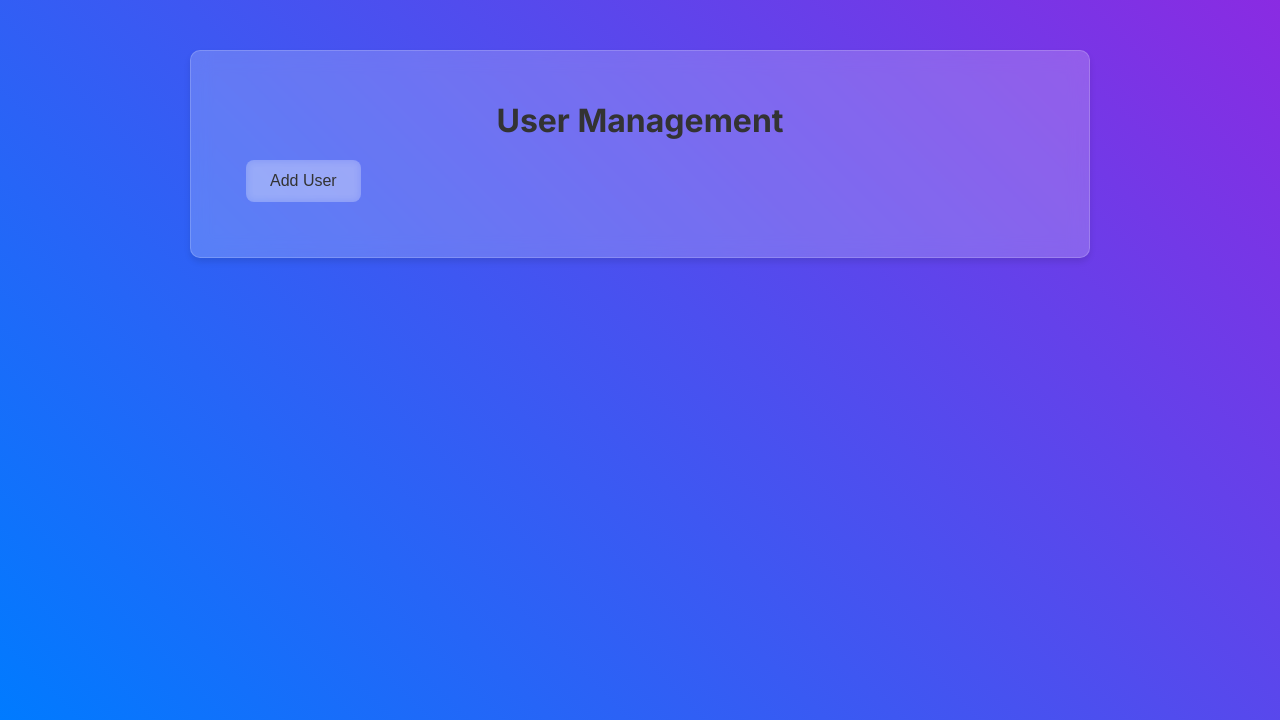
Repository: EeeeeEyyyy/crud-proj
Page: /
The author's editor kept a copy of each file at every save. The page is drawn from the files as they stood at one save, then again after the next save.
The browser window is 1280 px wide. The pictures show the whole page.
The page's requests for data from a server got no answer. The project was rebuilt for these pictures with package versions that can differ from the ones it lists, and the page was loaded fresh each time. The framework's server and built-in components were replaced by stand-ins that run in the browser. No one was signed in, and anything a server would have sent is missing. Also part of the build but not shown: next.config.mjs.

Above is the page before, as saved 2024-06-25 08:21:01.

### src/app/page.js
"use client";

import React, { useEffect, useState } from "react";
import axios from "axios";

const Page = () => {
  const [users, setUsers] = useState([]);
  const [isCreateModalOpen, setCreateModalOpen] = useState(false);
  const [isUpdateModalOpen, setUpdateModalOpen] = useState(false);
  const [isDeleteModalOpen, setDeleteModalOpen] = useState(false);
  const [selectedUser, setSelectedUser] = useState(null);
  const [newUser, setNewUser] = useState({ name: "", email: "" });

  useEffect(() => {
    fetchUsers();
  }, []);

  const fetchUsers = async () => {
    try {
      const response = await axios.get(
        "https://jsonplaceholder.typicode.com/users"
      );
      setUsers(response.data);
    } catch (error) {
      console.error("Error fetching users:", error);
    }
  };

  const addUser = async () => {
    try {
      const response = await axios.post(
        "https://jsonplaceholder.typicode.com/users",
        newUser
      );
      setUsers([...users, response.data]);
      setCreateModalOpen(false);
    } catch (error) {
      console.error("Error adding user:", error);
    }
  };

  const updateUser = async (id) => {
    try {
      const response = await axios.put(
        `https://jsonplaceholder.typicode.com/users/${id}`,
        selectedUser
      );
      setUsers(users.map((user) => (user.id === id ? response.data : user)));
      setUpdateModalOpen(false);
    } catch (error) {
      console.error("Error updating user:", error);
    }
  };

  const deleteUser = async (id) => {
    try {
      await axios.delete(`https://jsonplaceholder.typicode.com/users/${id}`);
      setUsers(users.filter((user) => user.id !== id));
      setDeleteModalOpen(false);
    } catch (error) {
      console.error("Error deleting user:", error);
    }
  };

  const openCreateModal = () => {
    setNewUser({ name: "", email: "" });
    setCreateModalOpen(true);
  };

  const closeCreateModal = () => {
    setCreateModalOpen(false);
  };

  const openUpdateModal = (user) => {
    setSelectedUser(user);
    setUpdateModalOpen(true);
  };

  const closeUpdateModal = () => {
    setSelectedUser(null);
    setUpdateModalOpen(false);
  };

  const openDeleteModal = (user) => {
    setSelectedUser(user);
    setDeleteModalOpen(true);
  };

  const closeDeleteModal = () => {
    setSelectedUser(null);
    setDeleteModalOpen(false);
  };

  const handleGoToHome = () => {
    router.push("/");
  };

  return (
    <div className="container">
      <h1>User Management</h1>
      <button onClick={openCreateModal} className="glassButton">
        Add User
      </button>
      <ul>
        {users.map((user) => (
          <li key={user.id}>
            {user.name} - {user.email}
            <div>
              {" "}
              <button
                onClick={() => openUpdateModal(user)}
                className="glassButton"
                style={{
                  display: "inline-flex",
                  alignItems: "center",
                  justifyContent: "center",
                }}
              >
                Update
              </button>
              <button
                onClick={() => openDeleteModal(user)}
                className="glassButton"
              >
                Delete
              </button>
            </div>
          </li>
        ))}
      </ul>
      {isCreateModalOpen && (
        <div className="modalOverlay">
          <div className="modal">
            <h2>Add User</h2>
            <input
              type="text"
              placeholder="Name"
              value={newUser.name}
              onChange={(e) => setNewUser({ ...newUser, name: e.target.value })}
            />
            <input
              type="email"
              placeholder="Email"
              value={newUser.email}
              onChange={(e) =>
                setNewUser({ ...newUser, email: e.target.value })
              }
            />
            <button onClick={addUser} className="glassButton">
              Add
            </button>
            <button onClick={closeCreateModal} className="closeButton">
              Close
            </button>
          </div>
        </div>
      )}
      {isUpdateModalOpen && selectedUser && (
        <div className="modalOverlay">
          <div className="modal">
            <h2>Update User</h2>
            <input
              type="text"
              placeholder="Name"
              value={selectedUser.name}
              onChange={(e) =>
                setSelectedUser({ ...selectedUser, name: e.target.value })
              }
            />
            <input
              type="email"
              placeholder="Email"
              value={selectedUser.email}
              onChange={(e) =>
                setSelectedUser({ ...selectedUser, email: e.target.value })
              }
            />
            <button
              onClick={() => updateUser(selectedUser.id)}
              className="glassButton"
            >
              Update
            </button>
            <button onClick={closeUpdateModal} className="closeButton">
              Close
            </button>
          </div>
        </div>
      )}
      {isDeleteModalOpen && selectedUser && (
        <div className="modalOverlay">
          <div className="modal">
            <h2>Are you sure you want to delete {selectedUser.name}?</h2>
            <button
              onClick={() => deleteUser(selectedUser.id)}
              className="glassButton"
            >
              Yes
            </button>
            <button onClick={closeDeleteModal} className="closeButton">
              No
            </button>
          </div>
        </div>
      )}
    </div>
  );
};
export default Page;

### src/app/globals.css
* {
  box-sizing: border-box;
  padding: 0;
  margin: 0;
}
html,
body {
  max-width: 100vw;
  overflow-x: hidden;
  background: linear-gradient(
    45deg,
    rgb(0, 123, 255),
    rgb(138, 43, 226)
  ); /* Blue to Violet */
  height: 100%;
  margin: 0;
  padding: 0;
  font-family: Arial, sans-serif;
}
a {
  color: inherit;
  text-decoration: none;
}
.main {
  display: flex;
  flex-direction: column;
  justify-content: space-between;
  align-items: center;
  padding: 6rem;
  min-height: 100vh;
}
.description {
  display: inherit;
  justify-content: inherit;
  align-items: inherit;
  font-size: 0.85rem;
  max-width: var(--max-width);
  width: 100%;
  z-index: 2;
  font-family: var(--font-mono);
}
.description a {
  display: flex;
  justify-content: center;
  align-items: center;
  gap: 0.5rem;
}
.description p {
  position: relative;
  margin: 0;
  padding: 1rem;
  background-color: rgba(var(--callout-rgb), 0.5);
  border: 1px solid rgba(var(--callout-border-rgb), 0.3);
  border-radius: var(--border-radius);
}
.code {
  font-weight: 700;
  font-family: var(--font-mono);
}
.grid {
  display: grid;
  grid-template-columns: repeat(4, minmax(25%, auto));
  max-width: 100%;
  width: var(--max-width);
}
.card {
  padding: 1rem 1.2rem;
  border-radius: var(--border-radius);
  background: rgba(var(--card-rgb), 0);
  border: 1px solid rgba(var(--card-border-rgb), 0);
  transition: background 200ms, border 200ms;
}
.card span {
  display: inline-block;
  transition: transform 200ms;
}

.card h2 {
  font-weight: 600;
  margin-bottom: 0.7rem;
}
.card p {
  margin: 0;
  opacity: 0.6;
  font-size: 0.9rem;
  line-height: 1.5;
  max-width: 30ch;
  text-wrap: balance;
}
.center {
  display: flex;
  justify-content: center;
  align-items: center;
  position: relative;
  padding: 4rem 0;
}
.center::before {
  background: var(--secondary-glow);
  border-radius: 50%;
  width: 480px;
  height: 360px;
  margin-left: -400px;
}
.center::after {
  background: var(--primary-glow);
  width: 240px;
  height: 180px;
  z-index: -1;
}
.center::before,
.center::after {
  content: "";
  left: 50%;
  position: absolute;
  filter: blur(45px);
  transform: translateZ(0);
}
.logo {
  position: relative;
}
/* Enable hover only on non-touch devices */
@media (hover: hover) and (pointer: fine) {
  .card:hover {
    background: rgba(var(--card-rgb), 0.1);
    border: 1px solid rgba(var(--card-border-rgb), 0.15);
  }
  .card:hover span {
    transform: translateX(4px);
  }
}
@media (prefers-reduced-motion) {
  .card:hover span {
    transform: none;
  }
}
/* Mobile */
@media (max-width: 700px) {
  .content {
    padding: 4rem;
  }
  .grid {
    grid-template-columns: 1fr;
    margin-bottom: 120px;
    max-width: 320px;
    text-align: center;
  }
  .card {
    padding: 1rem 2.5rem;
  }

  .card h2 {
    margin-bottom: 0.5rem;
  }

  .center {
    padding: 8rem 0 6rem;
  }

  .center::before {
    transform: none;
    height: 300px;
  }

  .description {
    font-size: 0.8rem;
  }

  .description a {
    padding: 1rem;
  }

  .description p,
  .description div {
    display: flex;
    justify-content: center;
    position: fixed;
    width: 100%;
  }

  .description p {
    align-items: center;
    inset: 0 0 auto;
    padding: 2rem 1rem 1.4rem;
    border-radius: 0;
    border: none;
    border-bottom: 1px solid rgba(var(--callout-border-rgb), 0.25);
    background: linear-gradient(
      to bottom,
      rgba(var(--background-start-rgb), 1),
      rgba(var(--callout-rgb), 0.5)
    );
    background-clip: padding-box;
    backdrop-filter: blur(24px);
  }

  .description div {
    align-items: flex-end;
    pointer-events: none;
    inset: auto 0 0;
    padding: 2rem;
    height: 200px;
    background: linear-gradient(
      to bottom,
      transparent 0%,
      rgb(var(--background-end-rgb)) 40%
    );
    z-index: 1;
  }
}

/* Tablet and Smaller Desktop */
@media (min-width: 701px) and (max-width: 1120px) {
  .grid {
    grid-template-columns: repeat(2, 50%);
  }
}

@media (prefers-color-scheme: dark) {
  .vercelLogo {
    filter: invert(1);
  }

  .logo {
    filter: invert(1) drop-shadow(0 0 0.3rem #ffffff70);
  }
}

@keyframes rotate {
  from {
    transform: rotate(360deg);
  }
  to {
    transform: rotate(0deg);
  }
}
.container {
  max-width: 1000px;
  margin: 50px auto;
  padding: 20px;
  background: rgba(0, 123, 255, 0.2);
  border: 1px solid rgba(0, 123, 255, 0.18);
  border-radius: 10px;
  backdrop-filter: blur(10px);
  box-shadow: 0 4px 6px rgba(0, 0, 0, 0.1);
  text-align: center;
}

h1 {
  font-size: 2em;
  margin-bottom: 20px;
  color: #333;
}

/* Glass Button Styles */
.glassButton {
  background: rgba(255, 255, 255, 0.2);
  border: none;
  padding: 12px 24px;
  font-size: 16px;
  color: #7f0c0c;
  cursor: pointer;
  outline: none;
  transition: background-color 0.3s ease, transform 0.3s ease;
  backdrop-filter: blur(5px);
  border-radius: 8px;
  margin: 5px;
  display: flex;
  flex-direction: row;
  align-items: center;
}

.glassButton:hover {
  background: rgba(255, 255, 255, 0.3);
  transform: scale(1.05);
}

/* Modal Styles */
.modalOverlay {
  position: fixed;
  top: 0;
  left: 0;
  right: 0;
  bottom: 0;
  background-color: rgba(0, 0, 0, 0.5);
  display: flex;
  justify-content: center;
  align-items: center;
  z-index: 1000;
}

.modal {
  background: rgba(255, 255, 255, 0.8);
  padding: 20px;
  border-radius: 8px;
  width: 400px;
  max-width: 90%;
  box-shadow: 0 4px 6px rgba(0, 0, 0, 0.1);
  backdrop-filter: blur(10px);
  position: relative;
}

.closeButton {
  background: rgba(255, 255, 255, 0.5);
  padding: 8px;
  border-radius: 50%;
  border: none;
  font-size: 20px;
  cursor: pointer;
  position: absolute;
  top: 10px;
  right: 10px;
  transition: background-color 0.3s ease;
}

.closeButton:hover {
  background: rgba(255, 255, 255, 0.8);
}

/* List Styles */
ul {
  list-style-type: none;
  padding: 0;
}

li {
  display: flex;
  justify-content: space-between;
  align-items: center;
  padding: 10px;
  border-bottom: 1px solid rgba(0, 0, 0, 0.1);
  color: #333;
}

/* Input Styles */
input {
  display: block;
  width: calc(100% - 20px);
  margin: 10px 0;
  padding: 10px;
  border: 1px solid rgba(0, 0, 0, 0.1);
  border-radius: 4px;
  font-size: 16px;
}
.container {
  max-width: 900px;
  margin: 50px auto;
  padding: 50px;
  background: rgba(255, 255, 255, 0.2);
  border: 1px solid rgba(255, 255, 255, 0.18);
  border-radius: 10px;
  backdrop-filter: blur(10px);
  box-shadow: 0 4px 6px rgba(0, 0, 0, 0.1);
  text-align: center;
}
h1 {
  font-size: 2em;
  margin-bottom: 20px;
  color: #333;
}
.glassButton {
  display: flex;
  flex-direction: row;
  align-items: center;
  gap: 30px;
  background: rgba(255, 255, 255, 0.2);
  border: none;
  padding: 12px 24px;
  font-size: 16px;
  color: #333;
  cursor: pointer;
  outline: none;
  transition: background-color 0.3s ease, transform 0.3s ease;
  backdrop-filter: blur(5px);
  border-radius: 8px;
  margin: 5px;
}
.glassButton:hover {
  background: rgba(255, 255, 255, 0.3);
  transform: scale(1.05);
}
.modalOverlay {
  position: fixed;
  top: 0;
  left: 0;
  right: 0;
  bottom: 0;
  background-color: rgba(0, 0, 0, 0.5);
  display: flex;
  justify-content: center;
  align-items: center;
  z-index: 1000;
  size: 50px;

  border-radius: 1%;
}
.modal {
  background: rgba(255, 255, 255, 0.8);
  padding: 20px;
  border-radius: 8px;
  width: 400px;
  max-width: 90%;
  box-shadow: 0 4px 6px rgba(0, 0, 0, 0.1);
  backdrop-filter: blur(10px);
  position: fixed;
}
.closeButton {
  background: rgba(255, 255, 255, 0.5);
  padding: 8px;
  border-radius: 50%;
  border: none;
  font-size: 20px;
  cursor: pointer;
  position: absolute;
  top: 10px;
  right: 10px;
  transition: background-color 0.3s ease;
}
.closeButton:hover {
  background: rgba(255, 255, 255, 0.8);
}
ul {
  list-style-type: none;
  padding: 0;
}
li {
  display: flex;
  justify-content: space-between;
  align-items: center;
  padding: 10px;
  border-bottom: 1px solid rgba(0, 0, 0, 0.1);
  color: #333;
}
input {
  display: block;
  width: calc(100% - 20px);
  margin: 10px 0;
  padding: 10px;
  border: 1px solid rgba(0, 0, 0, 0.1);
  border-radius: 4px;
  font-size: 16px;
}

Loaded but not shown: src/app/layout.js (common file)

After the next save:
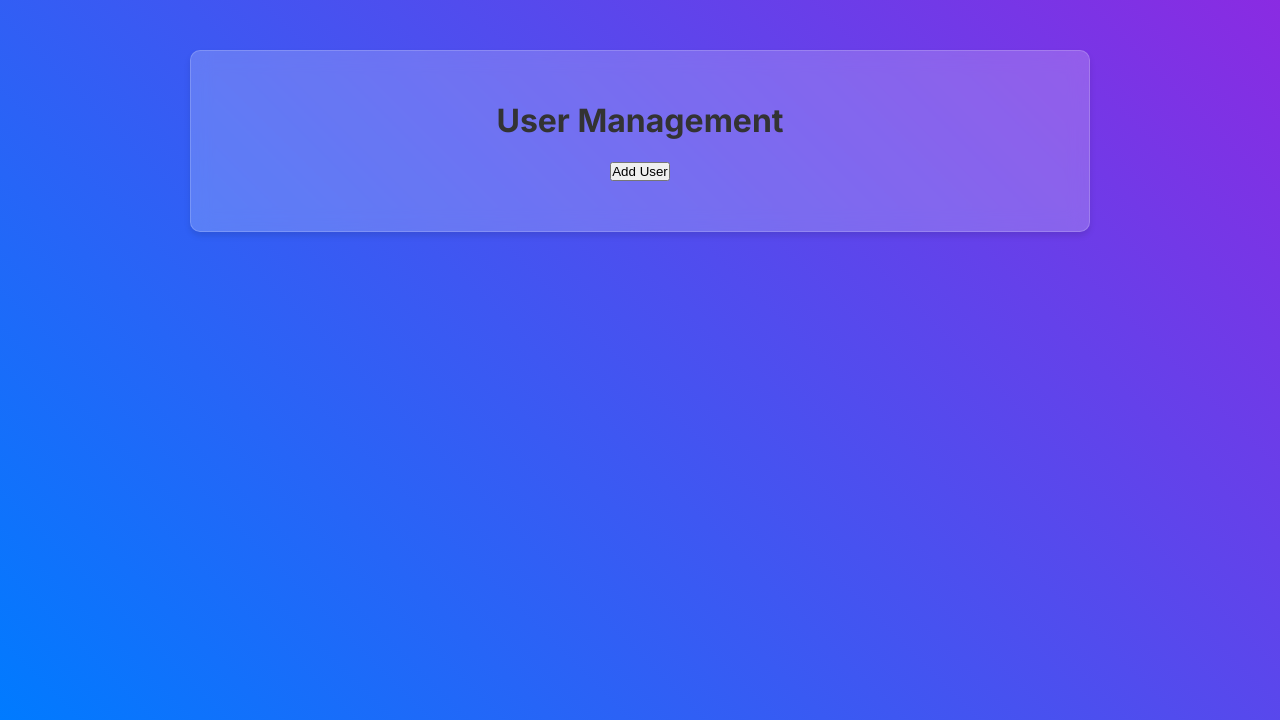
Saved 87 s later.
--- a/src/app/page.js
+++ b/src/app/page.js
@@ -98,7 +98,7 @@ const Page = () => {
   return (
     <div className="container">
       <h1>User Management</h1>
-      <button onClick={openCreateModal} className="glassButton">
+      <button onClick={openCreateModal} className="glassButton-add">
         Add User
       </button>
       <ul>

After the save that followed:
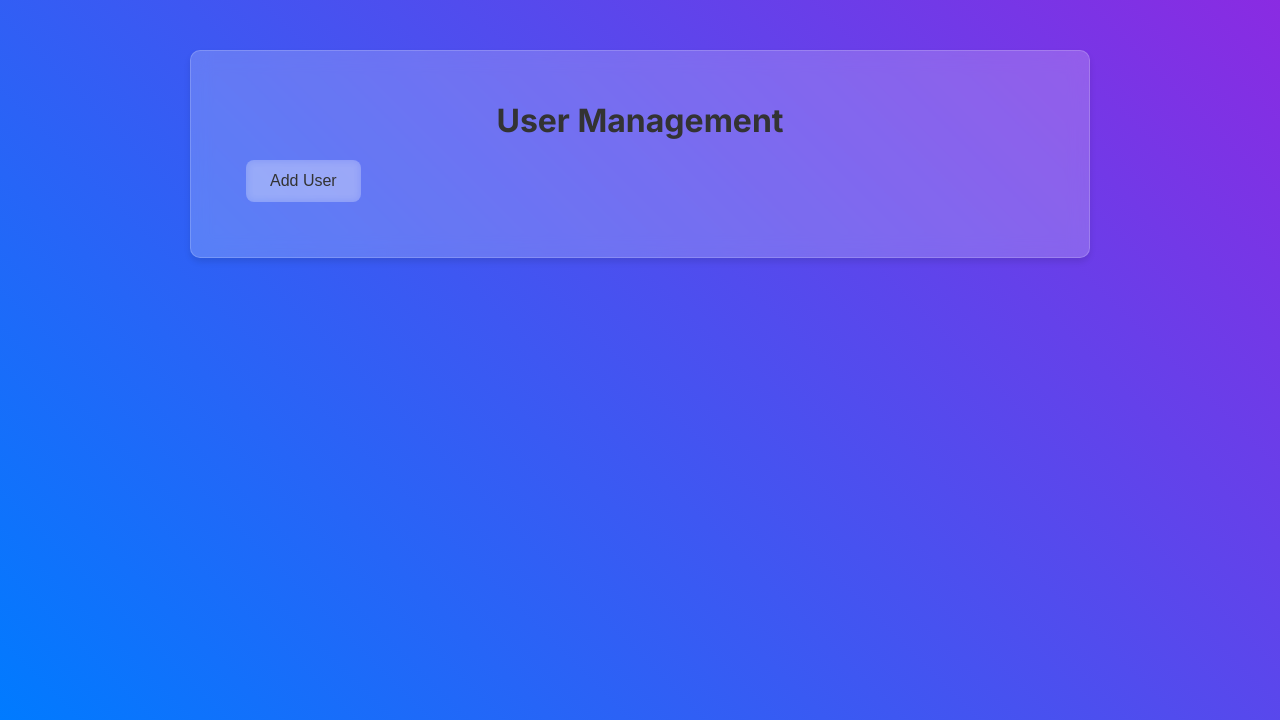
Saved 22 s later.
--- a/src/app/globals.css
+++ b/src/app/globals.css
@@ -374,6 +374,23 @@ h1 {
   border-radius: 8px;
   margin: 5px;
 }
+.glassButton-add {
+  display: flex;
+  flex-direction: row;
+  align-items: center;
+  gap: 30px;
+  background: rgba(255, 255, 255, 0.2);
+  border: none;
+  padding: 12px 24px;
+  font-size: 16px;
+  color: #333;
+  cursor: pointer;
+  outline: none;
+  transition: background-color 0.3s ease, transform 0.3s ease;
+  backdrop-filter: blur(5px);
+  border-radius: 8px;
+  margin: 5px;
+}
 .glassButton:hover {
   background: rgba(255, 255, 255, 0.3);
   transform: scale(1.05);
